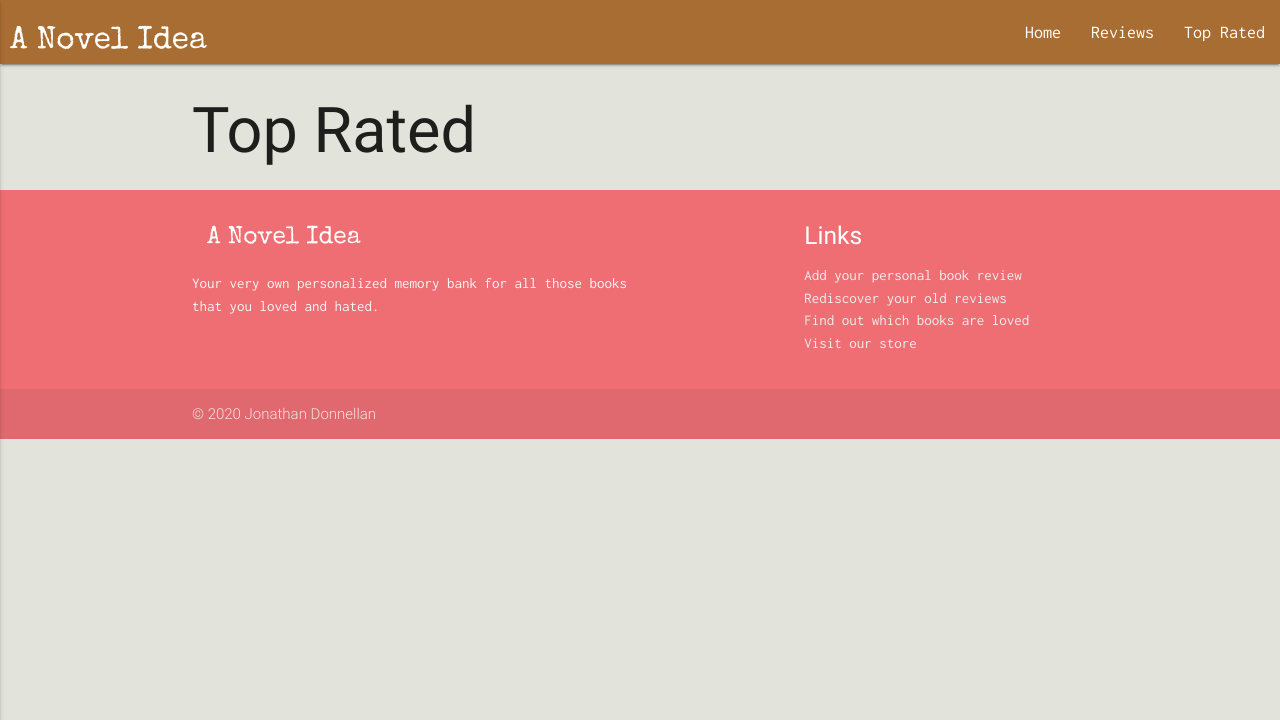
Repository: johnny-don/a-novel-idea
Page: http://localhost/top_rated
The author's editor kept a record of every edit. The page is drawn from the files as they stood at one moment, then again after the next edit.
The browser window is 1280 px wide. The pictures show the whole page.
Some web libraries are served in a nearby version. The page is served by the project's application, run on Flask 3 (app.py). Queries for data that is not in the repository find no rows.

Above is the page before.

After the next edit:
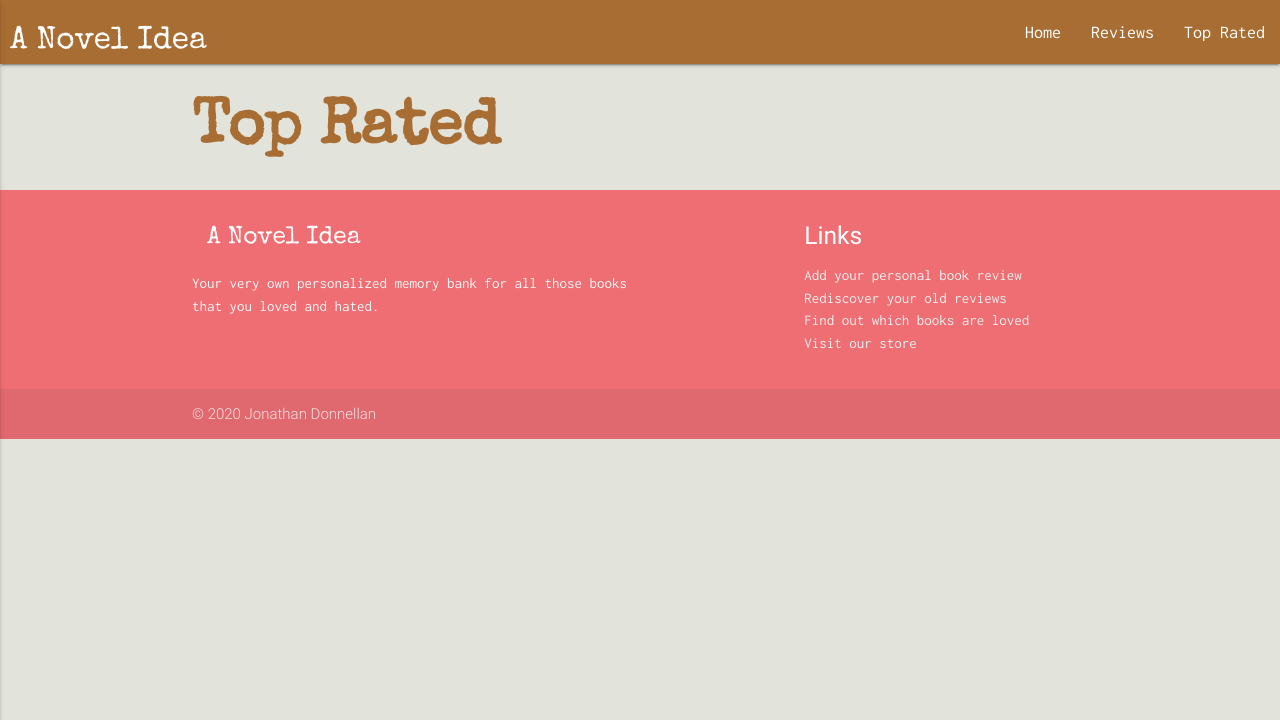
The edit:
--- a/templates/toprated.html
+++ b/templates/toprated.html
@@ -1,7 +1,7 @@
 {% extends 'base.html' %} {% block content %}
 
 <div class="container">
-    <h1>Top Rated</h1>
+    <h1 class="headline">Top Rated</h1>
 <ul>
     {% for rating in ratings %}
 
